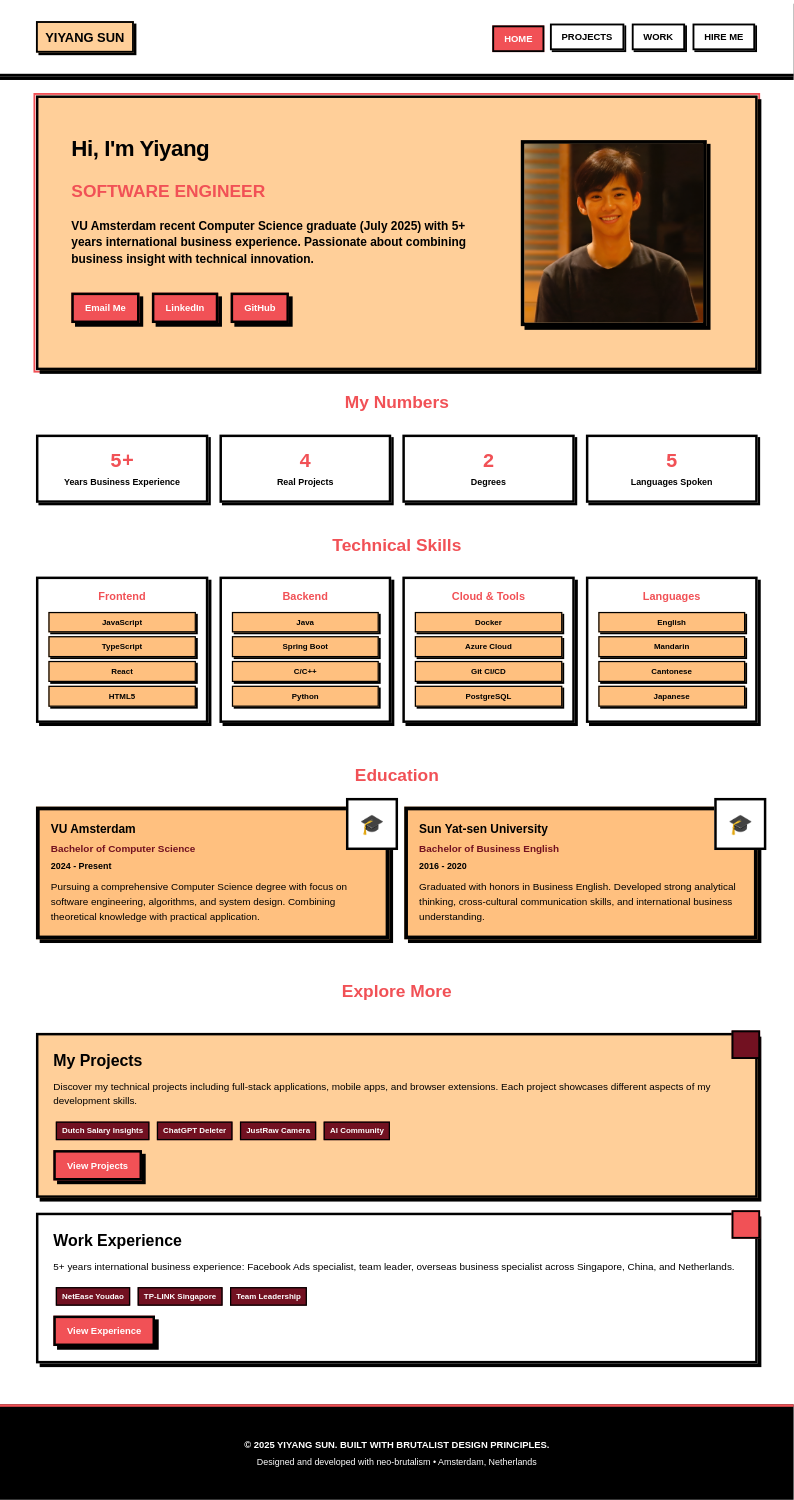
Repository: miloyiyangsun/yiyangsun.github.io
Page: .superdesign/design_iterations/yiyang_home_v2.html
The author's editor kept a copy of each file at every save. The page is drawn from the files as they stood at one save, then again after the next save.
The browser window is 1280 px wide. The pictures show the whole page, at 62% of full size.

Above is the page before, as saved 2025-09-03 18:27:01.

After the next save:
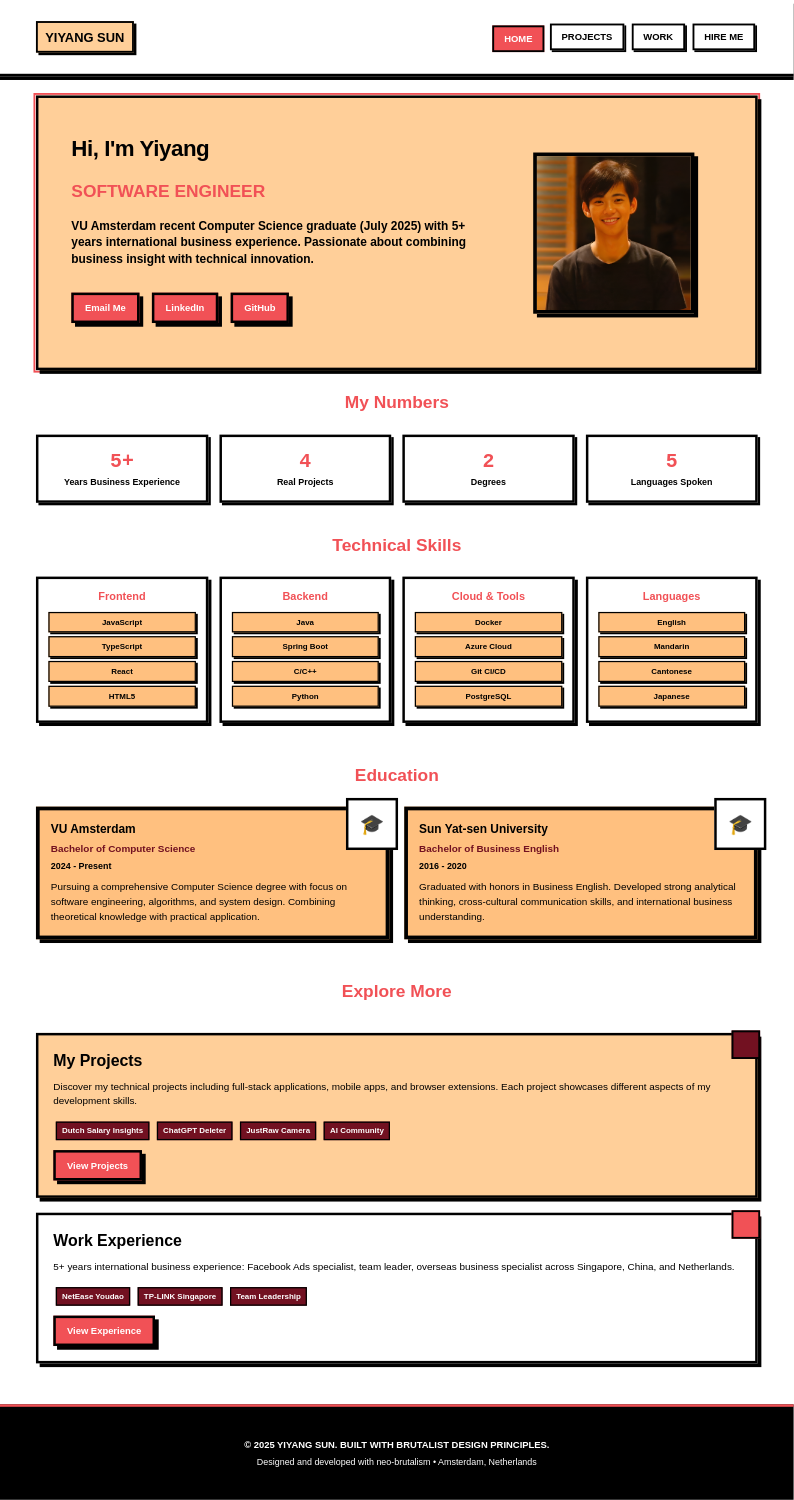
Saved 48 s later.
--- a/.superdesign/design_iterations/yiyang_home_v2.html
+++ b/.superdesign/design_iterations/yiyang_home_v2.html
@@ -70,8 +70,8 @@
         }
 
         .brutalist-avatar {
-            width: 300px;
-            height: 300px;
+            width: 260px;
+            height: 260px;
             border: 6px solid #000000;
             box-shadow: 6px 6px 0 #000000;
             display: block;
